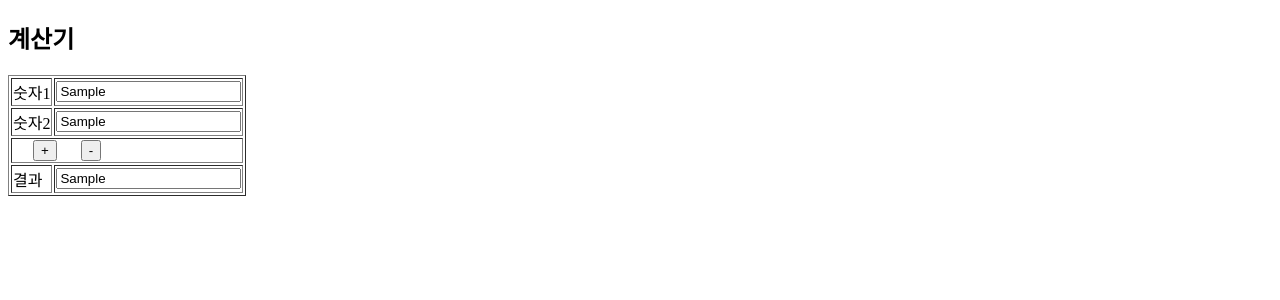
Repository: RyuJelly/java_web
Page: JavaScript/WebContent/event/mission02.html
An editor plug-in stored every save of this project. The page is shown before and after the next save, followed by the edit.
The browser window is 1280 px wide. The pictures show the whole page.
Empty fields were first filled with sample values (such as "Sample", 5 or name@example.com).
After loading, the first visible `#plus` was clicked once.

Above is the page before, as saved 2021-03-11 05:23:12.

### JavaScript/WebContent/event/mission02.html
<!DOCTYPE html PUBLIC "-//W3C//DTD HTML 4.01 Transitional//EN" "http://www.w3.org/TR/html4/loose.dtd">
<html>
<head>
<meta http-equiv="Content-Type" content="text/html; charset=EUC-KR">
<title>Insert title here</title>
<script type="text/javascript">
	//객체를 활용하여 계산기 프로그램을 구현하자.

	//document.fmt.f1.value;
	//document.fmt.result.value = 연산값
	//이벤트핸들러함수(){ this }
	function plusP(){
		var n1 = document.getElementsByName("f1");
		var n2 = document.getElementsByName("f2");
		var result = document.getElementsByName("result");

		result.value = n1 + n2;
	}

	function minusP(){
		var n1 = document.getElementsByName("f1");
		var n2 = document.getElementsByName("f2");
		var result = document.getElementsByName("result");

		result.innerHTML = n1 + this.value + n2;
	}

	window.onload = function(){
		var plus = document.getElementById("plus");
		var minus = document.getElementById("minus");

		plus.addEventListener('click', plusP, false);
		minus.addEventListener('click', minusP, false);
	}

</script>
</head>
<body>
	<h2>계산기</h2>
	<table border="1">
		<form name="fmt">
			<tr>
				<td>숫자1</td>
				<td><input type="text" name="f1"></input></td>
			</tr>
			<tr>
				<td>숫자2</td>
				<td><input type="text" name="f2"></input></td>
			</tr>
			<tr>
				<td colspan="2">&nbsp;&nbsp;&nbsp;&nbsp;
					<input type="button"	value="+" id="plus"></input> &nbsp;&nbsp;&nbsp;&nbsp;
					<input type="button" value="-" id="minus"></input>
				</td>
			</tr>
			<tr>
				<td>결과</td>
				<td><input type="text" name="result"></input></td>
			</tr>
		</form>
	</table>

</body>
</html>

After the next save:
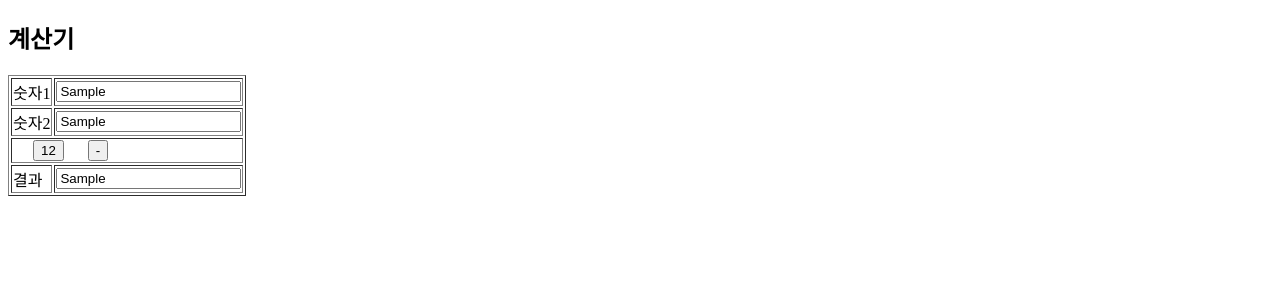
Saved 78 s later.
--- a/JavaScript/WebContent/event/mission02.html
+++ b/JavaScript/WebContent/event/mission02.html
@@ -14,7 +14,7 @@
 		var n2 = document.getElementsByName("f2");
 		var result = document.getElementsByName("result");
 
-		result.value = n1 + n2;
+		this.value = "12"
 	}
 
 	function minusP(){

After the save that followed:
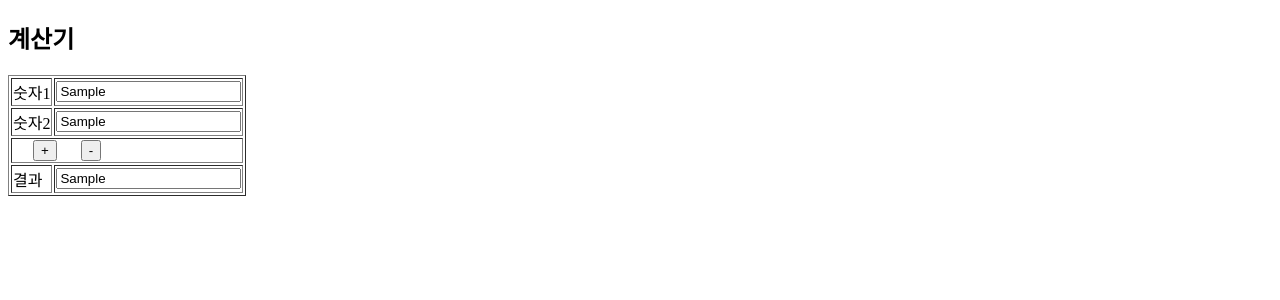
Saved 107 s later.
--- a/JavaScript/WebContent/event/mission02.html
+++ b/JavaScript/WebContent/event/mission02.html
@@ -14,7 +14,7 @@
 		var n2 = document.getElementsByName("f2");
 		var result = document.getElementsByName("result");
 
-		this.value = "12"
+		result.value = n1;
 	}
 
 	function minusP(){
